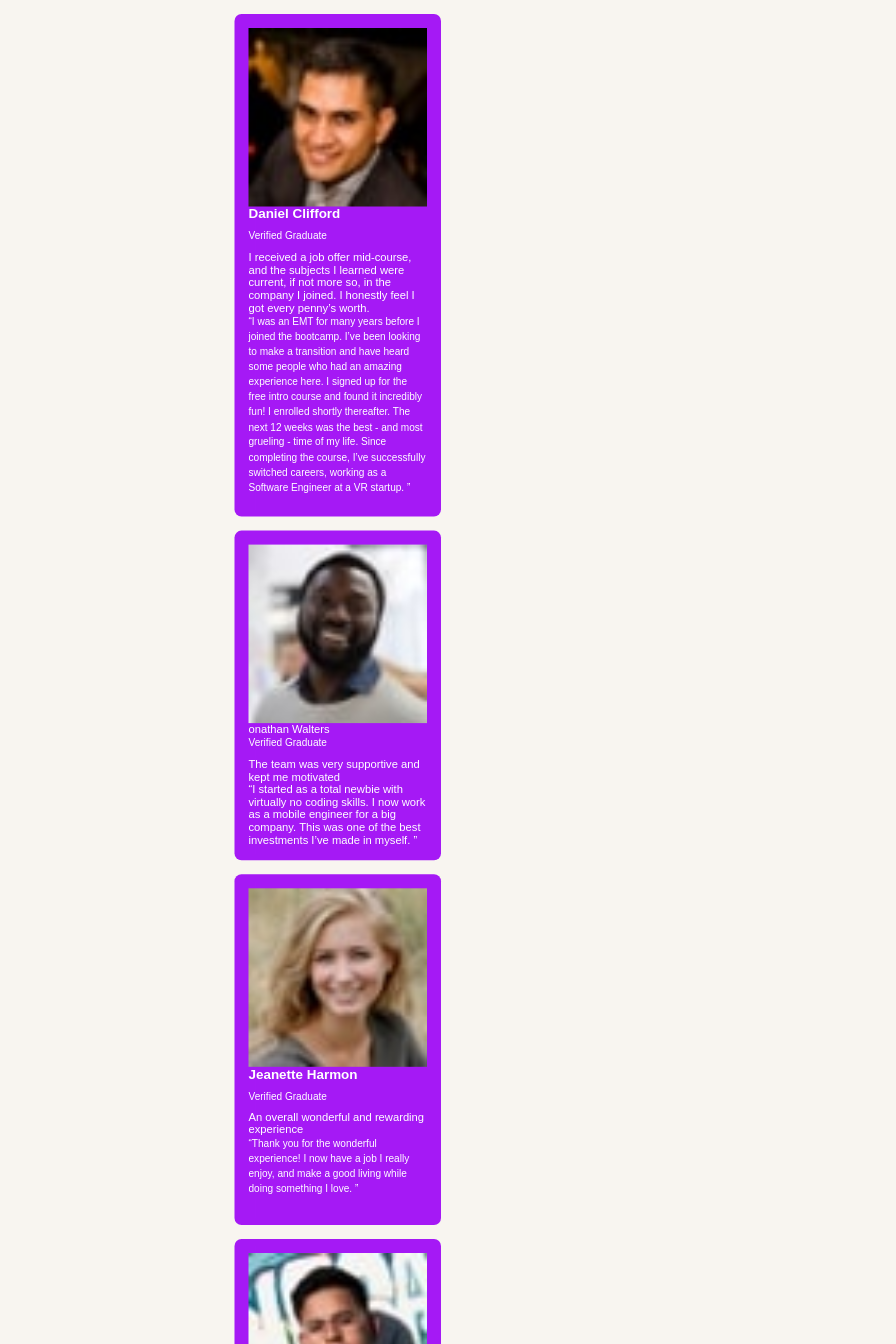
Repository: MagedElRefaey/Grid-Project
Page: Task.html
These files come from the project's save history. The page is drawn as it stood at one moment and after the next save; the edit follows.
The browser window is 1280 px wide. The pictures show the part of the page from y = 0 to 1920 px (the page is 3321 px tall before and 3251 px after), at 70% of full size.

Above is the page before, as saved 2024-09-13 22:32:58.

### Task.html
<!DOCTYPE html>
<html lang="en">
<head>
    <link rel ="stylesheet" href="./Style.css">
    <meta charset="UTF-8">
    <meta name="viewport" content="width=device-width, initial-scale=1.0">
    <title>Document</title>
</head>
<body>
    <div class="Container">
        <div class="Card David"> <img src = "images/image-daniel.jpg">

            <h3>Daniel Clifford</h3>
            <p>Verified Graduate</p>
            <blockquote>
            I received a job offer mid-course, and the subjects I learned were current, if not more so,
            in the company I joined. I honestly feel I got every penny’s worth.</blockquote>

            <p>“I was an EMT for many years before I joined the bootcamp. I’ve been looking to make a
            transition and have heard some people who had an amazing experience here. I signed up
            for the free intro course and found it incredibly fun! I enrolled shortly thereafter.
            The next 12 weeks was the best - and most grueling - time of my life. Since completing
            the course, I’ve successfully switched careers, working as a Software Engineer at a VR startup. ”</p></div>
        <div class="Card Jonathan"><img src = "images/image-jonathan.jpg"> onathan Walters
            <p>Verified Graduate</p>

            <blockquote>The team was very supportive and kept me motivated</blockquote>

            “I started as a total newbie with virtually no coding skills. I now work as a mobile engineer
            for a big company. This was one of the best investments I’ve made in myself. ”</div>
        <div class="Card Jeantette"> <img src = "images/image-jeanette.jpg">
            <h3>Jeanette Harmon</h3>
            <p>Verified Graduate</p>

            <blockquote>An overall wonderful and rewarding experience</blockquote>

            <p>“Thank you for the wonderful experience! I now have a job I really enjoy, and make a good living
            while doing something I love. ” <p> </div>

        <div class="Card Patrick"><img src="images/image-patrick.jpg">
            <h3>Patrick Abrams</h3>
            <p>Verified Graduate</p>

            <blockquote>Awesome teaching support from TAs who did the bootcamp themselves. Getting guidance from them and
            learning from their experiences was easy.</blockquote>

            <p>“The staff seem genuinely concerned about my progress which I find really refreshing. The program
            gave me the confidence necessary to be able to go out in the world and present myself as a capable
            junior developer. The standard is above the rest. You will get the personal attention you need from
            an incredible community of smart and amazing people. ”</p>
           </div>
        <div class="Card Kira"><img src="images/image-kira.jpg">
            <h3>Kira Whittle</h3>
            <p>erified Graduate</p>

            <blockquote>Such a life-changing experience. Highly recommended!</blockquote>

            <p>“Before joining the bootcamp, I’ve never written a line of code. I needed some structure from
            professionals who can help me learn programming step by step. I was encouraged to enroll by a former
            student of theirs who can only say wonderful things about the program. The entire curriculum and staff
            did not disappoint. They were very hands-on and I never had to wait long for assistance. The agile team
            project, in particular, was outstanding. It took my learning to the next level in a way that no tutorial
            could ever have. In fact, I’ve often referred to it during interviews as an example of my developent
            experience. It certainly helped me land a job as a full-stack developer after receiving multiple offers.
            100% recommend! ”</p> </div>
    </div>
</body>
</html>

### Style.css
*{
    margin:0;
    padding: 0;
    box-sizing: border-box;
    font-family: Arial, sans-serif;
}
body{
    background-color: rgb(248, 245, 240);
    padding: 20px;
}
.Container{
    display: grid;
    grid-template-columns: repeat(4,1fr);
    grid-template-areas: ".David" ".David" ".Jonathan" ".Jonathan"
                          ".Jeantette" ".Jeantette" ".Patrick" ".Patrick"
                          ".Kira" ".Kira" ".Kira" ".Kira";
    gap: 20px;

}
.Card{
    padding: 20px;
    border-radius: 10px;
    color: white;
    display: flex;
    flex-direction: column;
    justify-content: space-between;
}
.David{
    grid-area:David;
    /* height: 100%;
    width: 100%;
    border: 3px solid black; */
    /* padding: 20px 0; */
    background-color: #9c00f7e5;
}
.Jonathan{
    grid-area:Jonathan;
    /* height: 100%;
    width: 100%;
    border: 3px solid black; */
    /* padding: 20px 0; */
    background-color: #9c00f7e5;
}
.Jeantette{
    grid-area:Jeantette;
    /* height: 100%;
    width: 100%;
    border: 3px solid black; */
    /* padding: 20px 0; */
    background-color: #9c00f7e5;
}
.Patrick{
    grid-area:Patrick;
    /* height: 100%;
    width: 100%;
    border: 3px solid black; */
    /* padding: 20px 0; */
    background-color: #9c00f7e5;
}
.Kira{
    grid-area:Kira;
    /* height: 100%;
    width: 100%;
    border: 3px solid black; */
    /* padding: 20px 0; */
    background-color: #9c00f7e5;
}
h3{
    margin-bottom: 10px;
    font-size: 1.2rem;
}
p{
    font-size: 0.9rem;
    line-height: 1.5;
    margin-bottom: 10px;
}

After the next save:
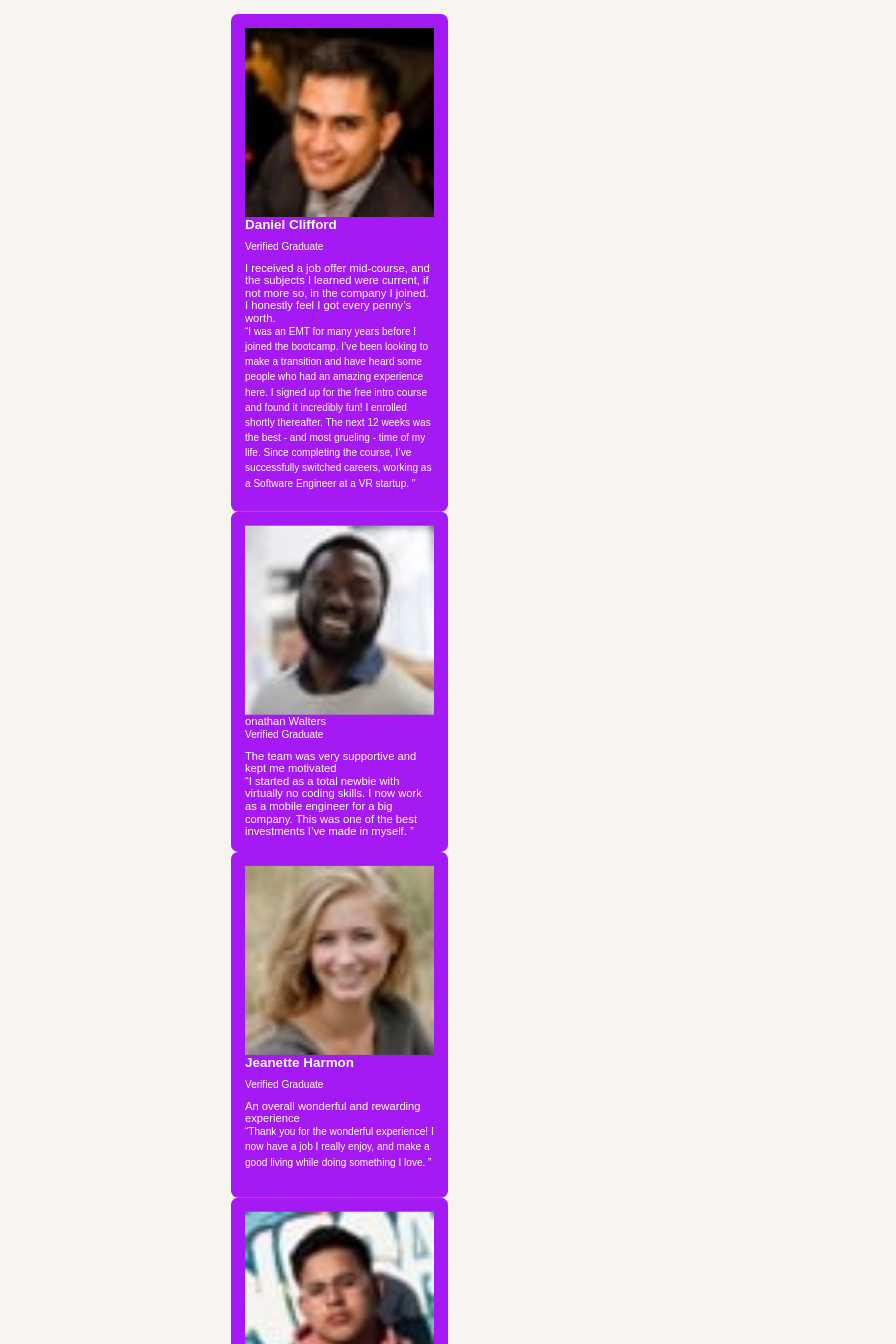
Saved 9 s later.
--- a/Style.css
+++ b/Style.css
@@ -14,7 +14,7 @@
     grid-template-areas: ".David" ".David" ".Jonathan" ".Jonathan"
                           ".Jeantette" ".Jeantette" ".Patrick" ".Patrick"
                           ".Kira" ".Kira" ".Kira" ".Kira";
-    gap: 20px;
+
 
 }
 .Card{

After the save that followed:
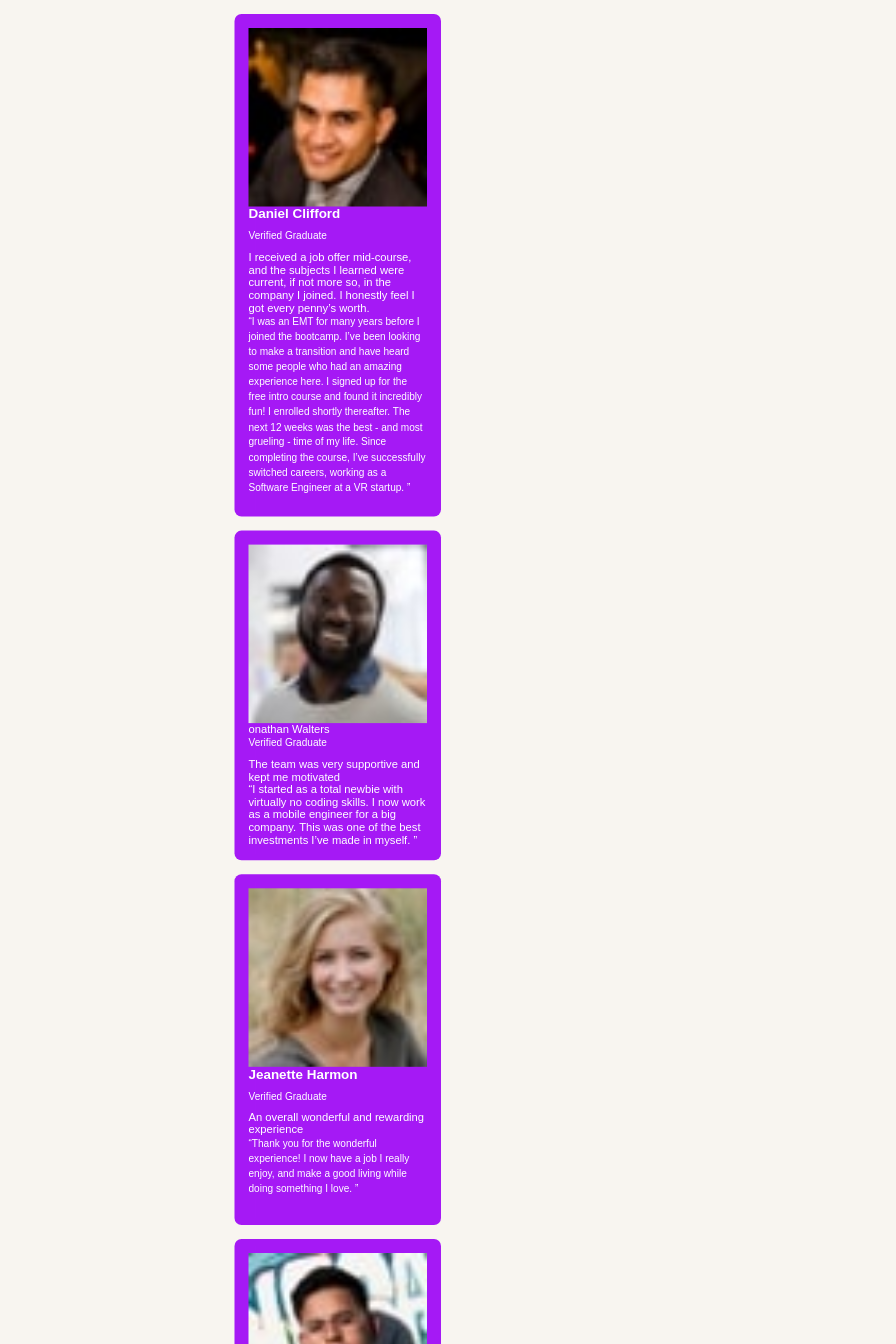
Saved 8 s later.
--- a/Style.css
+++ b/Style.css
@@ -14,7 +14,7 @@
     grid-template-areas: ".David" ".David" ".Jonathan" ".Jonathan"
                           ".Jeantette" ".Jeantette" ".Patrick" ".Patrick"
                           ".Kira" ".Kira" ".Kira" ".Kira";
-
+    gap: 20px;
 
 }
 .Card{
